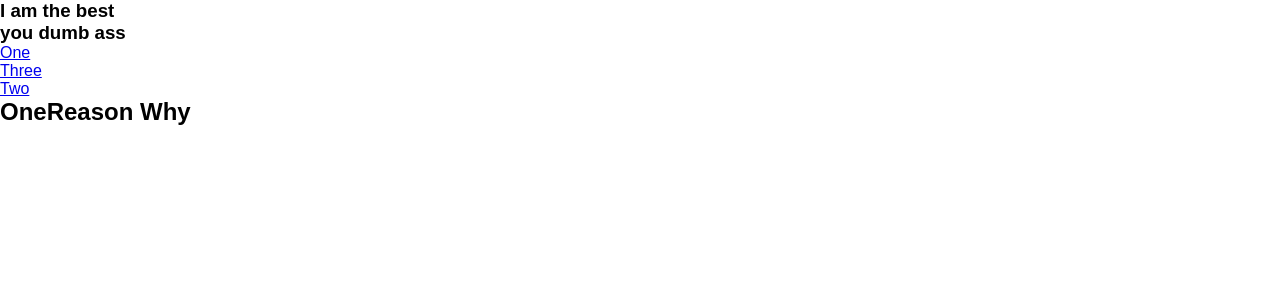
Repository: Imprasna/scrollmagic
Page: index.html
These files come from the project's save history. The page is drawn as it stood at one moment and after a run of saves; the edit follows.
The browser window is 1280 px wide. The pictures show the whole page.
Some web fonts or font styles are not loaded; a fallback is used. Some web libraries are served in a nearby version.

Above is the page before, as saved 2021-10-26 00:48:38.

After the next 2 saves:
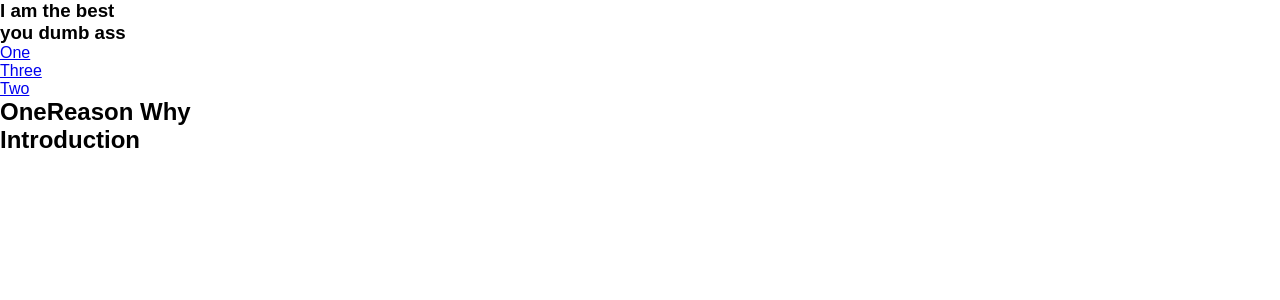
The 2 saves are shown as one change because they came seconds apart.
The last was saved 7 s later.
--- a/index.html
+++ b/index.html
@@ -24,7 +24,8 @@
 
     <section class="first-page">
         <div class="intro">
-            <h2></h2>
+            <h2>Introduction</h2>
+
         </div>
     </section>
 
